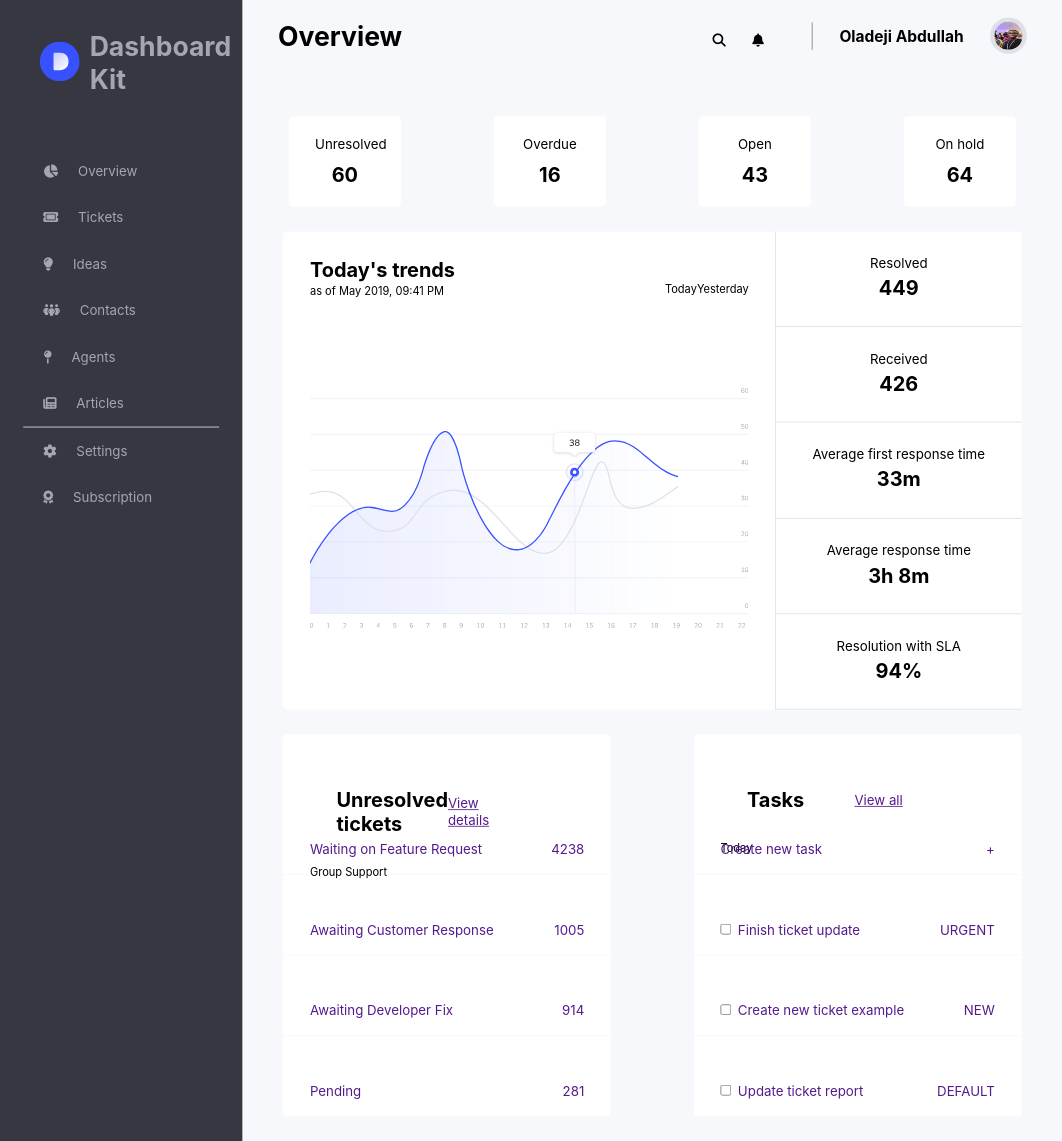
Repository: BuduCE/dashboard
Page: /
An editor plug-in stored every save of this project. The page is shown before and after the next save, followed by the edit.
The browser window is 1280 px wide. The pictures show the whole page, at 83% of full size.
Some web libraries are served in a nearby version. The project was rebuilt for these pictures with package versions that can differ from the ones it lists, and the page was loaded fresh each time. Also part of the build but not shown: src/pages/Tickets/index.jsx.

Above is the page before, as saved 2022-08-06 00:04:32.

### public/index.html
<!DOCTYPE html>
<html lang="en">
  <head>
    <meta charset="utf-8" />
    <link rel="icon" href="%PUBLIC_URL%/favicon.ico" />
    <meta name="viewport" content="width=device-width, initial-scale=1" />
    <meta name="theme-color" content="#000000" />
    <meta
      name="description"
      content="Web site created using create-react-app"
    />
    <link rel="apple-touch-icon" href="%PUBLIC_URL%/logo192.png" />
    <!--
      manifest.json provides metadata used when your web app is installed on a
      user's mobile device or desktop. See https://developers.google.com/web/fundamentals/web-app-manifest/
    -->
    <link rel="manifest" href="%PUBLIC_URL%/manifest.json" />
    <!--
      Notice the use of %PUBLIC_URL% in the tags above.
      It will be replaced with the URL of the `public` folder during the build.
      Only files inside the `public` folder can be referenced from the HTML.

      Unlike "/favicon.ico" or "favicon.ico", "%PUBLIC_URL%/favicon.ico" will
      work correctly both with client-side routing and a non-root public URL.
      Learn how to configure a non-root public URL by running `npm run build`.
    -->

    <!-- Font-Awesome  -->
    <link
      rel="stylesheet" href="https://cdnjs.cloudflare.com/ajax/libs/font-awesome/6.1.1/css/all.min.css" integrity="sha512-KfkfwYDsLkIlwQp6LFnl8zNdLGxu9YAA1QvwINks4PhcElQSvqcyVLLD9aMhXd13uQjoXtEKNosOWaZqXgel0g==" crossorigin="anonymous" referrerpolicy="no-referrer"
    />
    <title>Admin Dashboard</title>
  </head>
  <body>
    <noscript>You need to enable JavaScript to run this app.</noscript>
    <div id="root"></div>
    <!--
      This HTML file is a template.
      If you open it directly in the browser, you will see an empty page.

      You can add webfonts, meta tags, or analytics to this file.
      The build step will place the bundled scripts into the <body> tag.

      To begin the development, run `npm start` or `yarn start`.
      To create a production bundle, use `npm run build` or `yarn build`.
    -->
  </body>
</html>

### src/index.css
* {
  margin: 0;
  padding: 0;
  box-sizing: border-box;
}
body {
  margin: 0;
  font-family: -apple-system, BlinkMacSystemFont, 'Segoe UI', 'Roboto', 'Oxygen',
    'Ubuntu', 'Cantarell', 'Fira Sans', 'Droid Sans', 'Helvetica Neue',
    sans-serif;
  -webkit-font-smoothing: antialiased;
  -moz-osx-font-smoothing: grayscale;
  background: rgba(54, 55, 64, 1);
}

code {
  font-family: source-code-pro, Menlo, Monaco, Consolas, 'Courier New',
    monospace;
}

### src/App.js
import './App.css';
// import Overview from './pages/Overview';
// import Header from './components/common/Header';
import Sidenav from './components/common/SideNav';
// import Login from './pages/Login';

function App() {
  return (
    <div className="App">
      <Sidenav />
      {/* <Login /> */}
    </div>
  );
}

export default App;

### src/components/common/SideNav/index.jsx
import React from 'react'
import Overview from '../../../pages/Overview'
import Tickets from '../../../pages/Tickets'
import Header from '../Header'
import Logo from '../Logo'
import './styles.css'

const Sidenav = () => {
  return (
    <div className='dashboard'>
        <div className="navbar">
            <div className="logo">
                <Logo />
                <h1>Dashboard Kit</h1>
            </div>
            <div className="heading">
                <i className='fas fa-chart-pie'></i>
                <p>Overview</p>
            </div>
            <div className="heading">
                <i className='fas fa-ticket'></i>
                <p>Tickets</p>
            </div>
            <div className="heading">
                <i className='fas fa-lightbulb'></i>
                <p>Ideas</p>
            </div>
            <div className="heading">
                <i className='fas fa-people-group'></i>
                <p>Contacts</p>
            </div>
            <div className="heading">
                <i className='fas fa-map-pin'></i>
                <p>Agents</p>
            </div>
            <div className="heading divider">
                <i className='fas fa-newspaper'></i>
                <p>Articles</p>
            </div>
            <div className="heading">
                <i className='fas fa-gear'></i>
                <p>Settings</p>
            </div>
            <div className="heading">
                <i className='fas fa-award'></i>
                <p>Subscription</p>
            </div>

        </div>
        <div className="info">
            {/* <Header /> */}
            <Overview />
            {/* <Tickets /> */}
        </div>
    </div>
  )
}

export default Sidenav

### src/pages/Overview/index.jsx
import React from 'react'
import './styles.css'
import TrendMap from './graph.svg'
import Header from '../../components/common/Header'

const Overview = () => {
  return (
    <>
        <Header />
        <div className='overview_pg'>
            {/* Specific status */}
            <div className="overview_stat">
                <div className="overview_info">
                    <p>Unresolved</p>
                    <h2>60</h2>
                </div>
                <div className="overview_info">
                    <p>Overdue</p>
                    <h2>16</h2>
                </div>
                <div className="overview_info">
                    <p>Open</p>
                    <h2>43</h2>
                </div>
                <div className="overview_info">
                    <p>On hold</p>
                    <h2>64</h2>
                </div>
            </div>

            {/* Today's trend */}
            <div className="trends">
                <div className="trends_head">
                    <div className="trends_headT">
                        <div className="trend_title">
                            <h2>Today's trends</h2>
                        </div>
                        <div className="trend_title_stat">
                            <div className="trend_date">
                                <small>as of May 2019, 09:41 PM</small>
                            </div>
                            <div className="trend_day">
                                <small>Today</small>
                                <small>Yesterday</small>
                            </div>
                        </div>
                    </div>

                    <div className="trends_headB">
                        <img src={TrendMap} alt="Trend Chart" />
                    </div>
                </div>

                <div className="trends_summary">
                    <div className="summary_type">
                        <p>Resolved</p>
                        <h2>449</h2>
                    </div>
                    <div className="summary_type">
                        <p>Received</p>
                        <h2>426</h2>
                    </div>
                    <div className="summary_type">
                        <p>Average first response time</p>
                        <h2>33m</h2>
                    </div>
                    <div className="summary_type">
                        <p>Average response time</p>
                        <h2>3h 8m</h2>
                    </div>
                    <div className="summary_type">
                        <p>Resolution with SLA</p>
                        <h2>94%</h2>
                    </div>
                </div>
            </div>

            <div className="ticket_n_task">
                <div className="ticket">
                    <div className="ticket_head">
                        <div className="ticket_title">
                            <h2>Unresolved tickets</h2>
                            <a href="">View details</a>
                        </div>
                        <small>Group Support</small>
                    </div>
                    <div className="ticket_list">
                        <a href="">
                            <p>Waiting on Feature Request</p>
                            <p>4238</p>
                        </a>
                        <a href="">
                            <p>Awaiting Customer Response</p>
                            <p>1005</p>
                        </a>
                        <a href="">
                            <p>Awaiting Developer Fix</p>
                            <p>914</p>
                        </a>
                        <a href="">
                            <p>Pending</p>
                            <p>281</p>
                        </a>
                    </div>
                </div>

                <div className="task">
                    <div className="ticket_head">
                        <div className="ticket_title">
                            <h2>Tasks</h2>
                            <a href="">View all</a>
                        </div>
                        <small>Today</small>
                    </div>

                    <div className="ticket_list">
                        <a href="">
                            <p>Create new task</p>
                            <p>+</p>
                        </a>
                        <a href="">
                            <div className='task_todo'>
                                <input type="checkbox" name="" id="" />
                                <label htmlFor="">Finish ticket update</label>
                            </div>

                            <p>URGENT</p>
                        </a>
                        <a href="">
                            <div className='task_todo'>
                                <input type="checkbox" name="" id="" />
                                <label htmlFor="">Create new ticket example</label>
                            </div>

                            <p>NEW</p>
                        </a>
                        <a href="">
                            <div className='task_todo'>
                                <input type="checkbox" name="" id="check" />
                                <label htmlFor="">Update ticket report</label>
                            </div>

                            <p>DEFAULT</p>
                        </a>
                    </div>
                </div>
            </div>
        </div>
    </>
  )
}

export default Overview

### src/components/common/Header/index.jsx
import React from 'react'
import './styles.css'
import budu from './budu.jpg'

const Header = () => {
  return (
    <div className='head_er'>
        <div className="headerL">
            <h1>Overview</h1>
        </div>
        <div className="headerR">
            <i className='fas fa-magnifying-glass icon'></i>
            <i className='fas fa-bell icon bell'></i>
            <h3>Oladeji Abdullah</h3>
            <img src={budu} alt="" />
        </div>
    </div>
  )
}

export default Header

### src/components/common/Logo/index.jsx
import React from 'react'
import companyLogo from './logo.svg'

const Logo = () => {
  return (
    <div>
        <img src={companyLogo} alt="" />
    </div>
  )
}

export default Logo

### src/components/common/SideNav/styles.css
.dashboard{
    display: grid;
    grid-template-columns: 1fr 5fr;
}
.navbar{
    padding: 37px 28px;
    color: #A4A6B3;
}
.logo{
    display: flex;
    padding: 20px 20px;
    padding-bottom: 63px;
    padding-top: 0;
    align-items: center;
}
.logo h1{
    margin-left: 12px;
    width: 8.5rem;
}
.heading{
    width: 100%;
    display: flex;
    padding: 18px 24px;
    align-items: center;
}
.heading p{
    margin-left: 24px;
}
.heading:hover{
    border-left: 1px solid #DDE2FF;
    color: #DDE2FF;
}
.info{
    background: #F7F8FC;
    /* height: 100vh; */
}
.divider{
    border-bottom: 1px solid #DFE0EB;
}

### src/pages/Overview/styles.css
.overview_pg{
    margin-top: 54px;
}
.overview_stat{
    display: grid;
    grid-template-columns: 1fr 1fr 1fr 1fr;
    /* justify-content: space-evenly; */
    width: 100%;
}
.overview_info{
    display: flex;
    flex-direction: column;
    text-align: center;
    /* border: 1px solid; */
    border-radius: 5px;
    padding: 24px 32px;
    background: #fff;
    box-shadow: 15px;
    width: 55%;
    margin: auto;
}
.overview_info:hover{
    color: blue;
    border: 1px blue solid;
}
.overview_info p{
    padding-bottom: 12px;
}

/* trend  */
.trends{
    width: 90%;
    background: #fff;
    margin: auto;
    border-radius: 5px;
    height: 80vh;
    margin-top: 30px;
    display: grid;
    grid-template-columns: 2fr 1fr;
    margin-top: 30px;
}
.trends_head{
    padding: 32px;
}
.trend_title_stat{
    display: flex;
    justify-content: space-between;
}
.trend_day{
    display: flex;
    justify-content: space-evenly;
}
.trends_headB img{
    width: 100%;
    margin-top: 54px;
    height: 55vh;
}

/* summary  */
.trends_summary{
    display: grid;
    grid-template-rows: 1fr 1fr 1fr 1fr 1fr;
}
.summary_type{
    padding: 28px;
    border-left: 1px solid #dfe0e5;
    border-bottom: 1px solid #dfe0e5;
    text-align: center;
}
.summary_type p{
    margin-bottom: 6px;
}

/* Tickets */
.ticket_n_task{
    display: grid;
    grid-template-columns: 1fr 1fr;
    width: 90%;
    margin: auto;
    margin-top: 30px;
    margin-bottom: 30px;
}
.ticket{
    margin-right: 50px;
}
.task{
    margin-left: 50px;
}
.ticket,.task{
    border-radius: 5px;
    background: #fff;
}
.ticket_head{
    padding: 32px;
    margin-bottom: 8px;
    width: 80%;
    height: 10vh;
}
.ticket_title{
    display: flex;
    justify-content: space-between;
    align-items: center;
}
.ticket_list a{
    text-decoration: none;
    display: flex;
    justify-content: space-between;
    align-items: center;
    padding: 20px 32px;
    border-bottom: 1px solid #F7F8FC;
    margin-top: 36px;
    align-items: center;
}
.task_todo{
    align-items: center;
}
.task_todo label{
    margin-left: 8px;
}

### src/pages/Tickets/styles.css
.ticket_pg{
    background: #fff;
    border-radius: 5px;
    height: 96vh;
    width: 95%;
    margin: auto;
    margin-top: 54px;
}
.ticket_title{
    display: flex;
    justify-content: space-between;
    padding: 32px;
}
.titleR, .titleR_icon{
    display: flex;
    justify-content: space-between;
    align-items: center;
    margin-left: 32px;
}
.titleR_icon p{
    margin-left: 8px;
}
/* .tab_head{
    display: grid;
    grid-template-columns: 3fr 2fr 2fr 1fr;
    margin: auto;
    padding: 0 77px 12px 31px;
    border-bottom: 1px solid #dfe0e5;
} */
.tab_info{
    display: grid;
    grid-template-columns: 3fr 2fr 2fr 1fr;
    margin: auto;
    padding: 24px 31px;
    border-bottom: 1px solid #dfe0e5;
}
.tab_info:hover{
    background: #F7F8FC;
}
.info_title{
    display: grid;
    grid-template-columns: 1fr 7fr;
}
.info_title img{
    width: 44px;
    height: 44px;
    border: 5px solid #dfe0e5;
    border-radius: 50%;
}
.ticket_tab{
    margin: auto;
}
.info_status{
    display: flex;
    /* grid-template-columns: 1fr 1fr; */
    justify-content: space-between;
    align-items: center;
}
.info_status button{
    padding: 5px 20px;
    border-radius: 40%;
    background: red;
    color: #fff;
    border: none;
}

### src/components/common/Header/styles.css
.head_er{
    display: flex;
    justify-content: space-between;
    width: 100%;
    height: 10vh;
    padding: 43px 43px;
    align-items: center;
}
.headerR{
    display: flex;
    justify-content: space-between;
    align-items: center;
}
.icon{
    width: 16px;
    height: 16px;
    padding: 5px 24px;
}
.bell{
    padding-right: 72px;
}
.headerR h3{
    padding: 5px 32px;
    border-left: 1px solid grey;
}
.headerR img{
    width: 44px;
    height: 44px;
    border-radius: 50%;
    border: 5px solid #dfe0e5;
}

Loaded but not shown: src/index.js (common file); src/reportWebVitals.js (common file); src/App.css (common file)

After the next save:
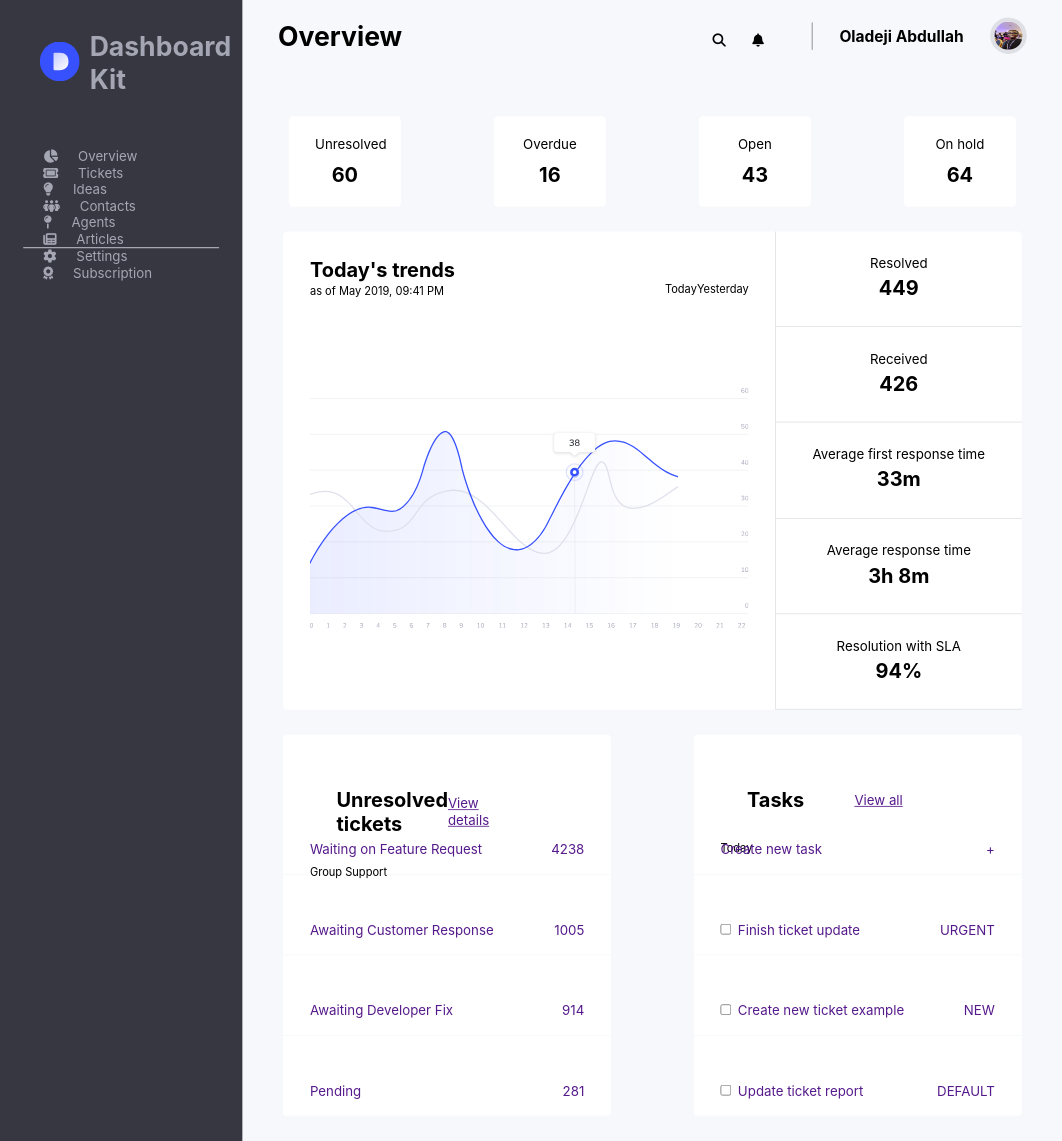
Saved 5 s later.
--- a/src/components/common/SideNav/styles.css
+++ b/src/components/common/SideNav/styles.css
@@ -20,7 +20,7 @@
 .heading{
     width: 100%;
     display: flex;
-    padding: 18px 24px;
+    padding: 0px 24px;
     align-items: center;
 }
 .heading p{
